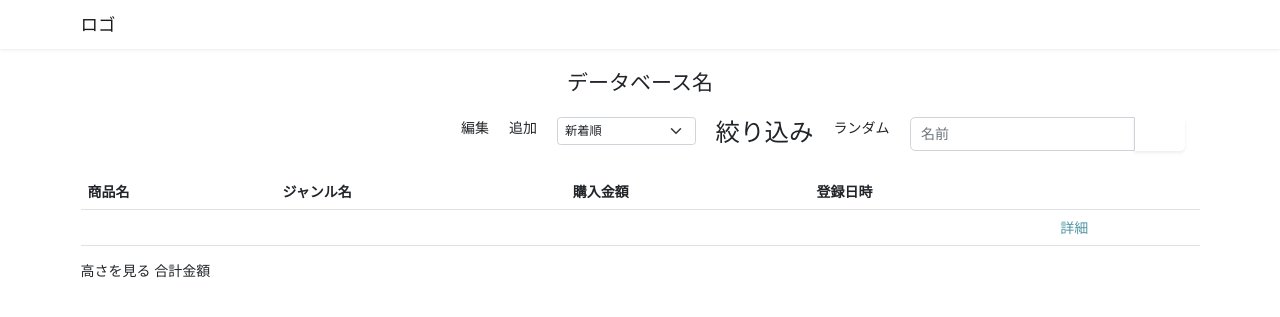
Repository: masa1228ew/original
Page: http://localhost/data/index
The author's editor kept a copy of each file at every save. The page is drawn from the files as they stood at one save, then again after the next save.
The browser window is 1280 px wide. The pictures show the whole page.
The page is this project's Thymeleaf template; nobody is signed in. The template is opened directly, without the code that normally fills it, so the values that code supplies are empty.

Above is the page before, as saved 2025-01-15 02:10:58.

After the next save:
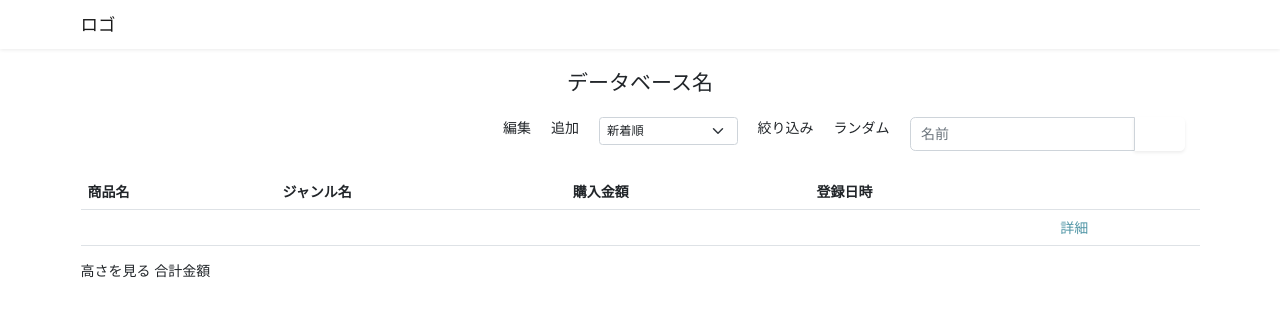
Saved 24 s later.
--- a/original/original/src/main/resources/templates/data/index.html
+++ b/original/original/src/main/resources/templates/data/index.html
@@ -43,7 +43,7 @@
                                  </form>
 					</div>
 					<div>
-	                                  <h3>絞り込み</h3>
+	                                  <a>絞り込み</a>
 					</div>
 					<div>
                                  <a>ランダム</a>
